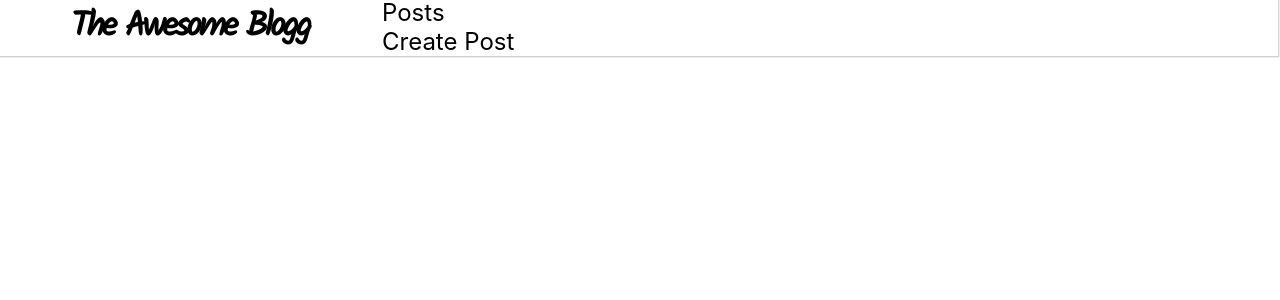
Repository: aaronsHarris/Blogg-App
Page: / (app in client/)
The author's editor kept a copy of each file at every save. The page is drawn from the files as they stood at one save, then again after a run of saves.
The browser window is 1280 px wide. The pictures show the whole page.
The project was rebuilt for these pictures with package versions that can differ from the ones it lists, and the page was loaded fresh each time. Also part of the build but not shown: client/src/screens/CreatePosts/CreatePosts.jsx, client/src/screens/EditPost/EditPost.jsx, client/src/screens/PostDetails/PostDetails.jsx.

Above is the page before, as saved 2021-10-05 13:24:42.

### client/src/App.jsx
import { Route } from 'react-router-dom';
import Posts from './screens/Posts/Posts'
import CreatePosts from './screens/CreatePosts/CreatePosts'
import EditPost from './screens/EditPost/EditPost'
import PostDetails from './screens/PostDetails/PostDetails'
import './App.css';
import { Nav } from './components/Nav/Nav';

function App() {
  return (
    <div className="App">
      <Nav />
      <Route exact path='/'>
        <Posts />
      </Route>
      <Route exact path='/posts'>
        <CreatePosts />
      </Route>
      <Route exact path='/posts/:id'>
        <PostDetails />
      </Route>
      <Route exact path='/posts/:id/edit'>
        <EditPost />
      </Route>
    </div>
  );
}

export default App;

### client/src/screens/Posts/Posts.jsx
import React from 'react'

export default function Posts() {
  return (
    <div>

    </div>
  )
}

### client/src/components/Nav/Nav.jsx
import { NavLink } from 'react-router-dom'
import './Nav.css'

export const Nav = () => {
  return (
    <nav>
      <div className="nav">
        <NavLink className="logo" to="/">  The Awesome Blogg</NavLink>
        <div>
          <NavLink className="links" to="/">Posts</NavLink>
          <NavLink className="links" to="/posts">Create Post</NavLink>
        </div>
      </div>
    </nav>
  )
}

### client/src/components/Nav/Nav.css
@import url('https://fonts.googleapis.com/css?family=Kalam&display=swap');

nav {
  flex: 1;
  position: fixed;
  width: 100%;
  background-color: white;
  z-index: 1;
  top: 0;
  left: 0;
}

.nav {
  display: flex;
  align-items: center;
  justify
  padding: 20px 0;
  margin-left: -2px;
  margin-right: -2px;
  margin-top: -2px;
  box-shadow: 1px 1px 1px .3px #CECECE;
  width: 100%;
}
.logo {
  font-family: 'Kalam', cursive;
  text-align: center;
  font-weight: bold;
  font-size: 34px;
  letter-spacing: -3px;
  flex: 1;
  max-width: 30vw;
  transition: 250ms all;
}

.logo:hover {
  transform: scale(1.004);
}

.links {
  flex: 2;
  max-width: 30vw;
  align-items: center;
  font-size: 24px;
  display: flex;

}

.link {
  flex: 1;
}

a {
  text-decoration: none;
  color: black;
}

@media (max-width: 500px) {
  nav {
      width: 98%;
  }
  .logo {
      max-width: 50%;
  }
  .links {
      flex-direction: column;
      justify-content: center;
      align-items: center;
      width: 100%;
      max-width: 50vw;
  }
  .link {
      padding: 3px;
  }
}

Loaded but not shown: client/public/index.html (common file); client/src/index.js (common file); client/src/index.css (common file); client/src/reportWebVitals.js (common file); client/src/App.css (common file)

After the next 3 saves:
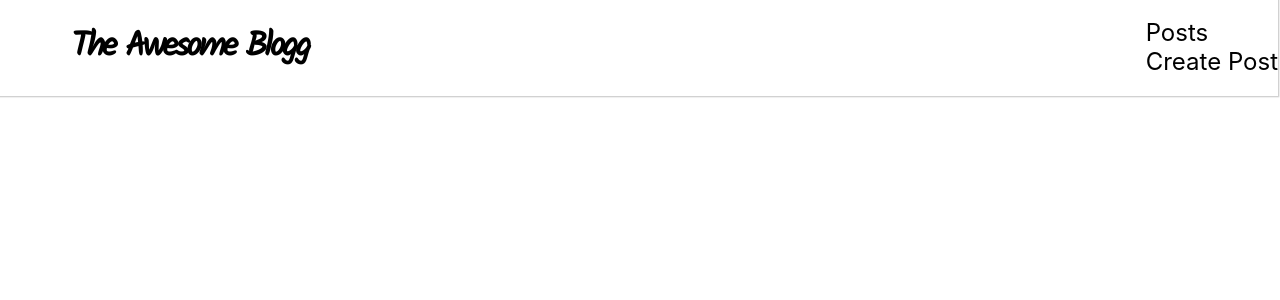
The 3 saves are shown as one change because they came seconds apart.
The last was saved 7 s later.
--- a/client/src/components/Nav/Nav.css
+++ b/client/src/components/Nav/Nav.css
@@ -13,7 +13,7 @@
 .nav {
   display: flex;
   align-items: center;
-  justify
+  justify-content: space-between;
   padding: 20px 0;
   margin-left: -2px;
   margin-right: -2px;
